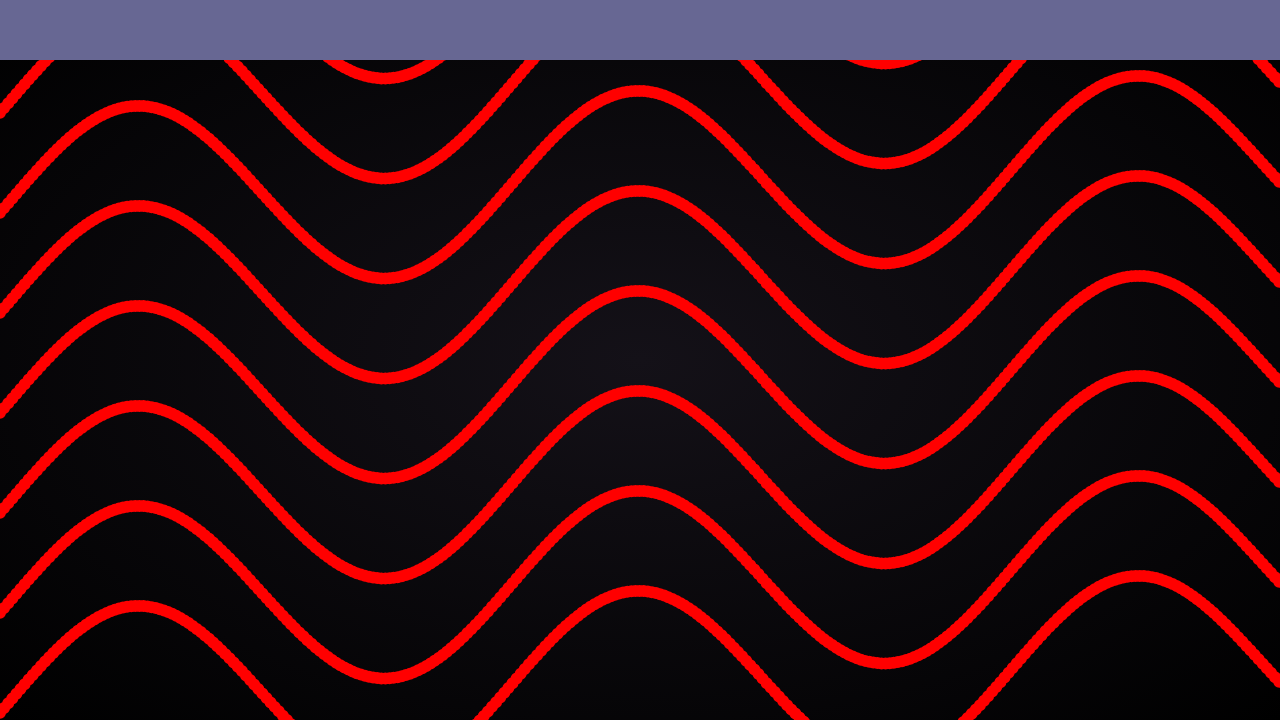
Repository: Iban-del/ProjetBacIban
Page: index.html
These files come from the project's save history. The page is drawn as it stood at one moment and after the next save; the edit follows.
The browser window is 1280 px wide. The pictures show the whole page.

Above is the page before, as saved 2025-02-18 20:16:23.

After the next save:
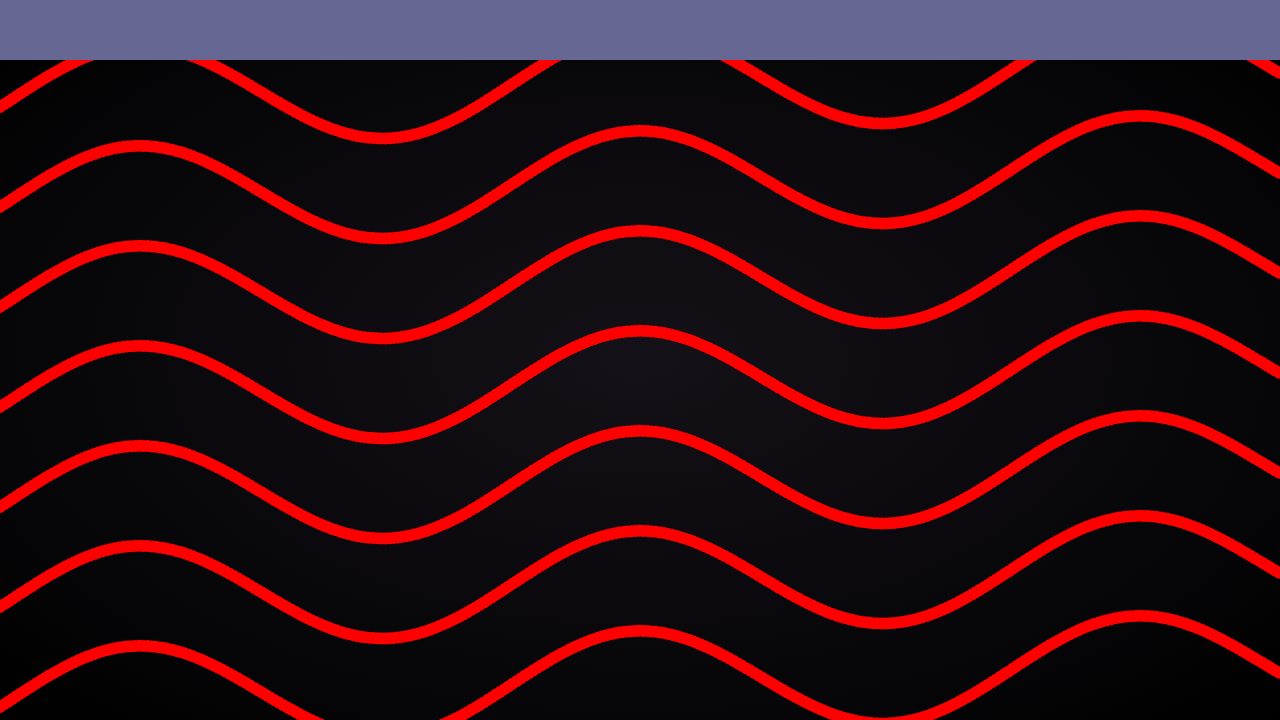
Saved 33 s later.
--- a/js/background.js
+++ b/js/background.js
@@ -52,7 +52,7 @@ function canvasStyle(canvas){
  */
 function vague(x){
 
-    const A = 90;//l'amplitude
+    const A = 50;//l'amplitude
     const lambda = 0.002;//longueur d'onde
     const k = lambda*2*Math.PI; //nombre oscilation
     const phi = 3;//décalage
